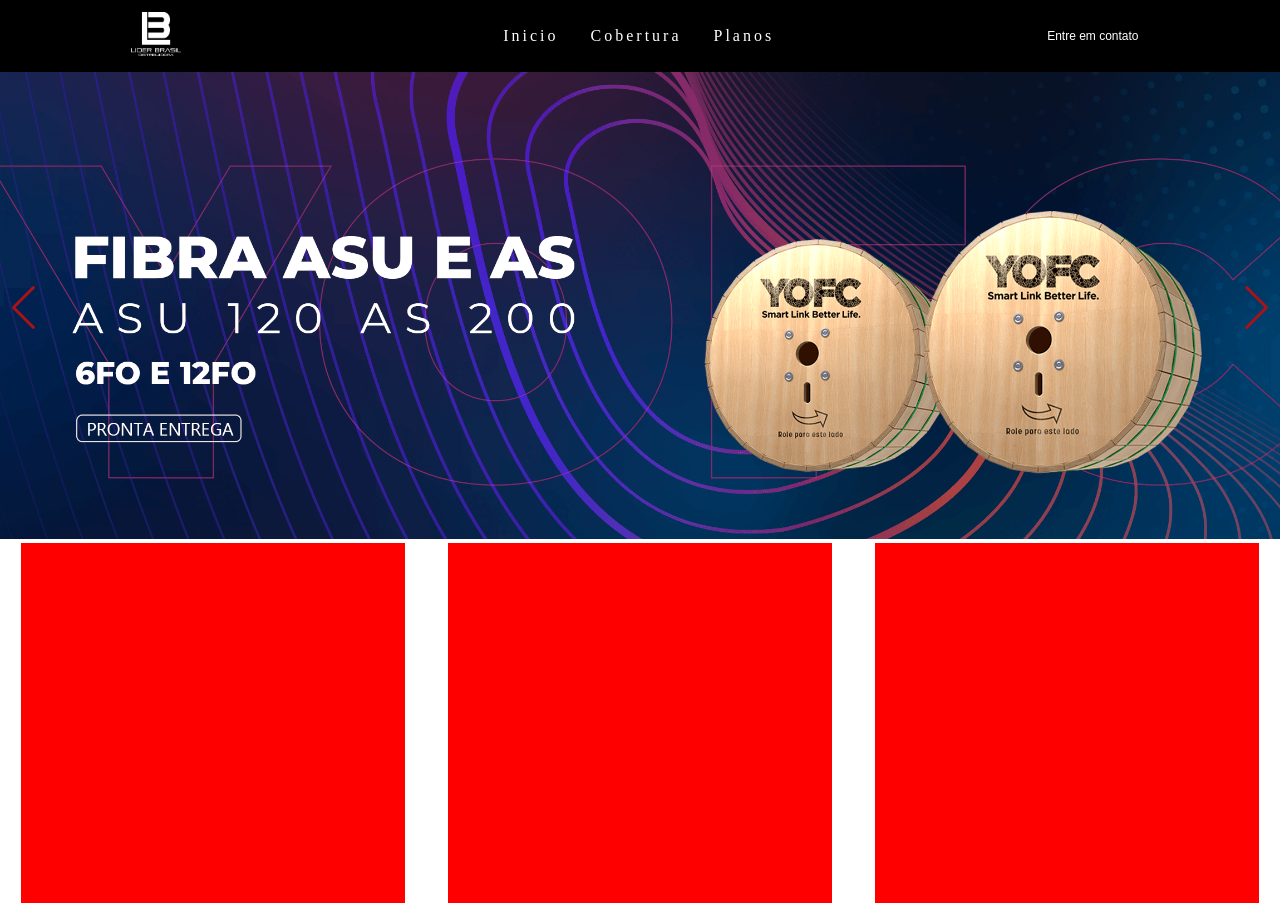
Repository: mateus-henrique-silva/Novo_institucional_lider
Page: index.html
The author's editor kept a copy of each file at every save. The page is drawn from the files as they stood at one save, then again after a run of saves.
The browser window is 1280 px wide. The pictures show the whole page.
Some web fonts or font styles are not loaded; a fallback is used.

Above is the page before, as saved 2022-09-01 16:04:10.
Console error: SyntaxError: Identifier 'MobileNavbar' has already been declared

After the next 4 saves:
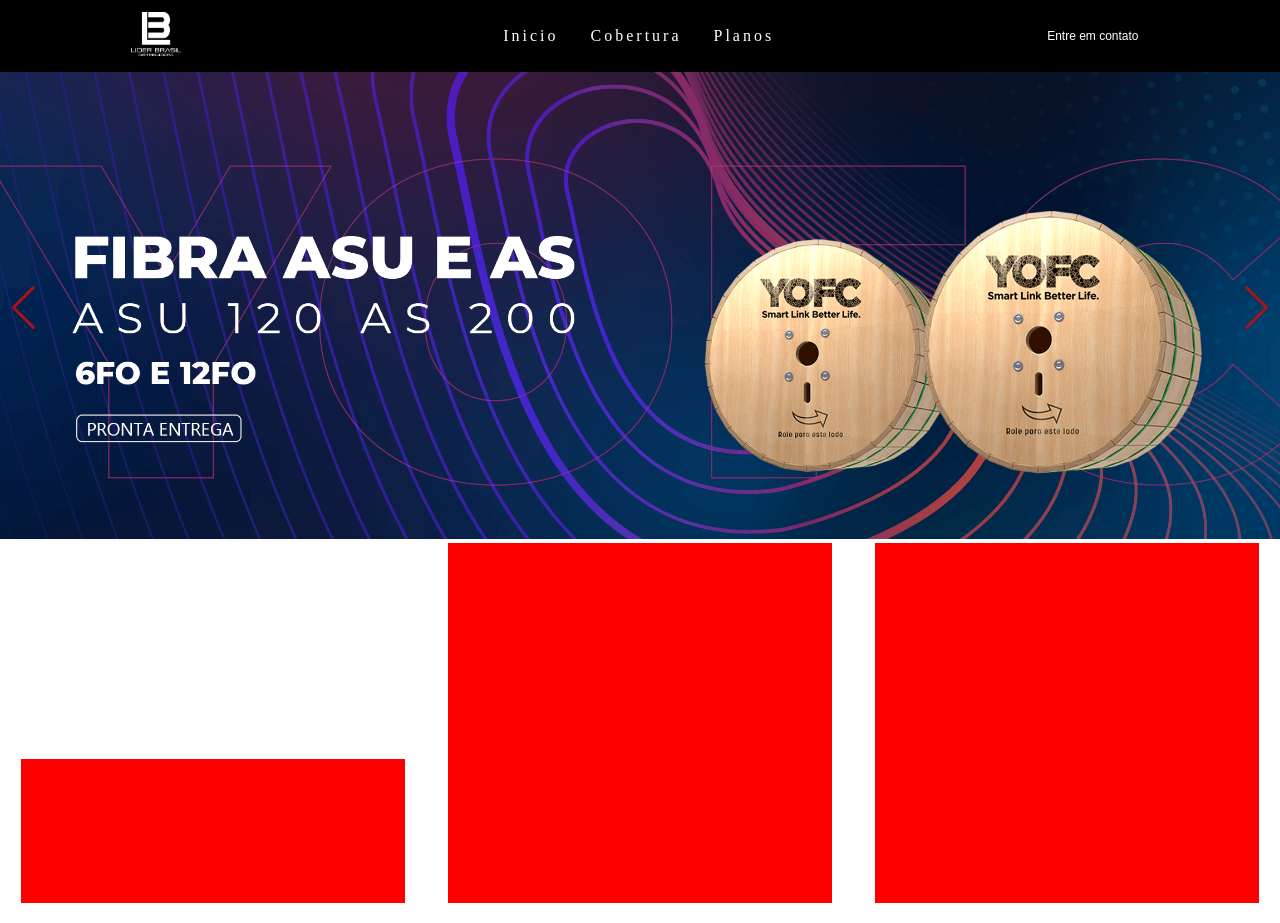
The 4 saves are shown as one change because they came seconds apart.
The last was saved 15 s later.
--- a/src/CSS/Main/Box/style.css
+++ b/src/CSS/Main/Box/style.css
@@ -14,5 +14,5 @@
 
 .box-text{
     background-color:white;
-    height:
+    height:30vh;
 }
